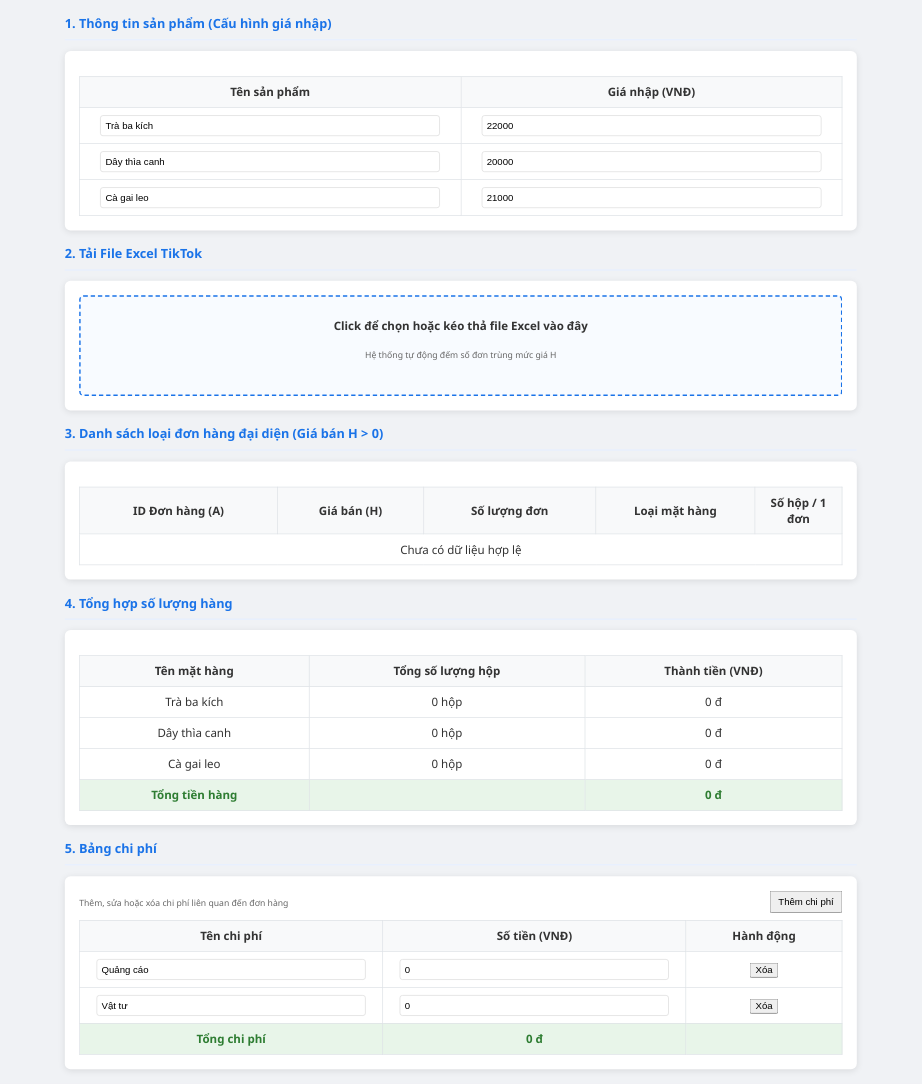
Repository: vanphi96/quyettoan.philv
Page: index.html
These files come from the project's save history. The page is drawn as it stood at one moment and after the next save; the edit follows.
The browser window is 1280 px wide. The pictures show the whole page, at 72% of full size.

Above is the page before, as saved 2026-04-11 22:44:36.

After the next save:
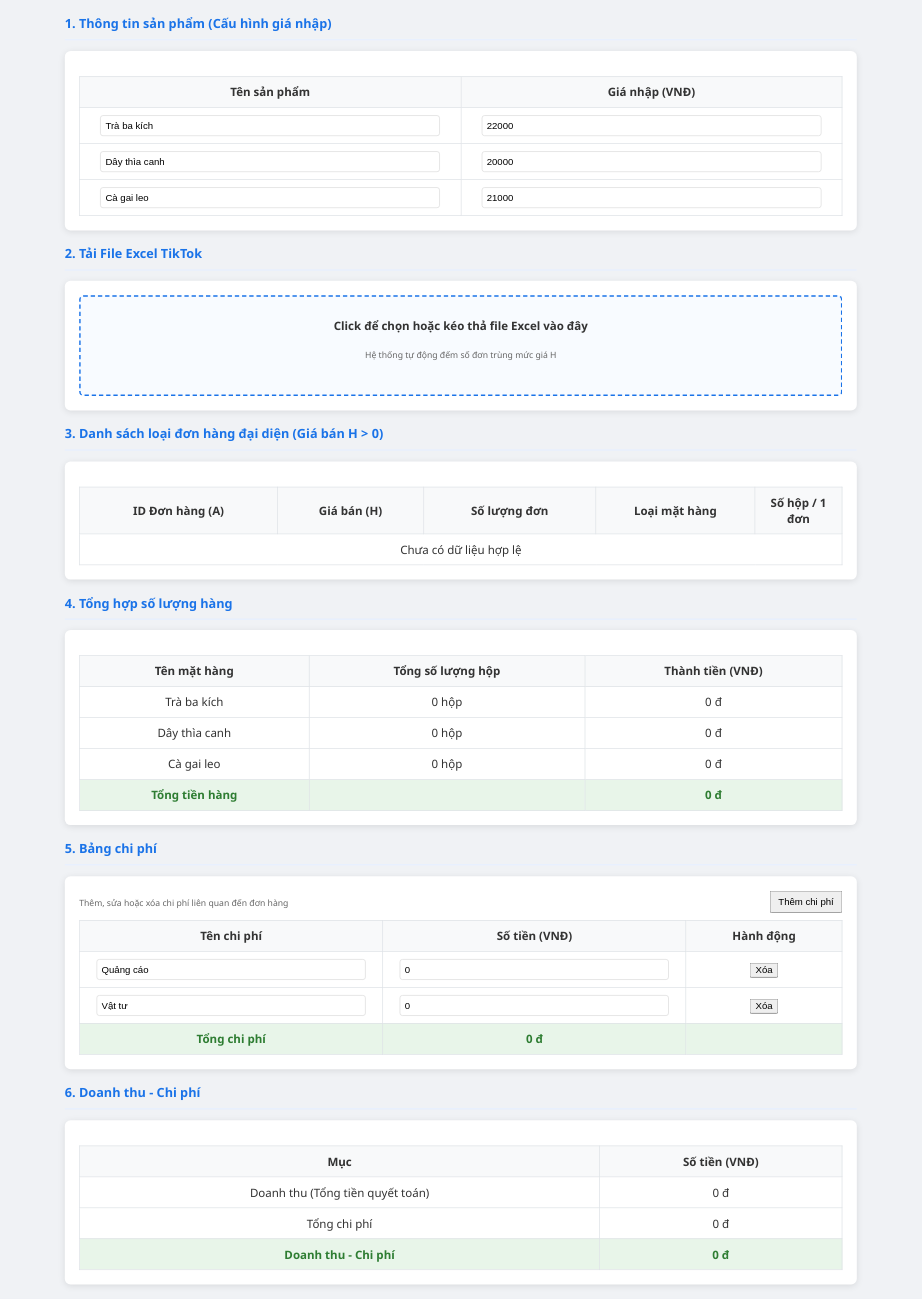
Saved 2 min 19 s later.
--- a/index.html
+++ b/index.html
@@ -103,6 +103,32 @@
             </tfoot>
         </table>
     </div>
+
+    <h2>6. Doanh thu - Chi phí</h2>
+    <div class="section">
+        <table>
+            <thead>
+                <tr>
+                    <th>Mục</th>
+                    <th>Số tiền (VNĐ)</th>
+                </tr>
+            </thead>
+            <tbody>
+                <tr>
+                    <td>Doanh thu (Tổng tiền quyết toán)</td>
+                    <td id="revenueValue">0 đ</td>
+                </tr>
+                <tr>
+                    <td>Tổng chi phí</td>
+                    <td id="costsValue">0 đ</td>
+                </tr>
+                <tr class="total-row">
+                    <td>Doanh thu - Chi phí</td>
+                    <td id="profitValue">0 đ</td>
+                </tr>
+            </tbody>
+        </table>
+    </div>
 </div>
 
 <script>
